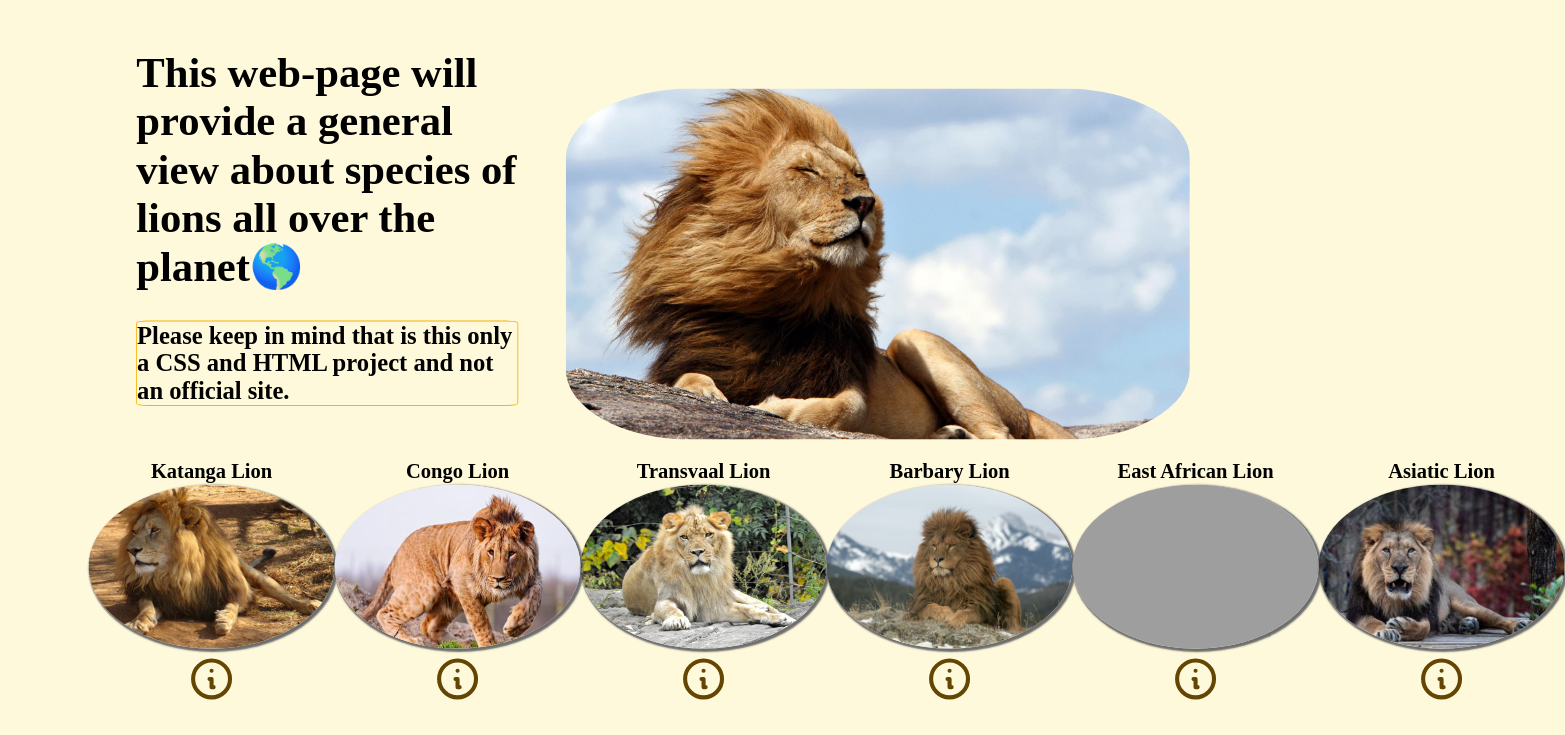
Repository: GeorgeManias/lions_project
Page: index.html
An editor plug-in stored every save of this project. The page is shown before and after the next save, followed by the edit.
The browser window is 1280 px wide. The page is 1908 px wide, then 1858 px, so the pictures cover 1908 px, including what lies to the right of the window. The pictures show the whole page, at 82% of full size.
Pictures or frames that could not be fetched are drawn as grey boxes.

Above is the page before, as saved 2021-11-04 19:58:44.

After the next save:
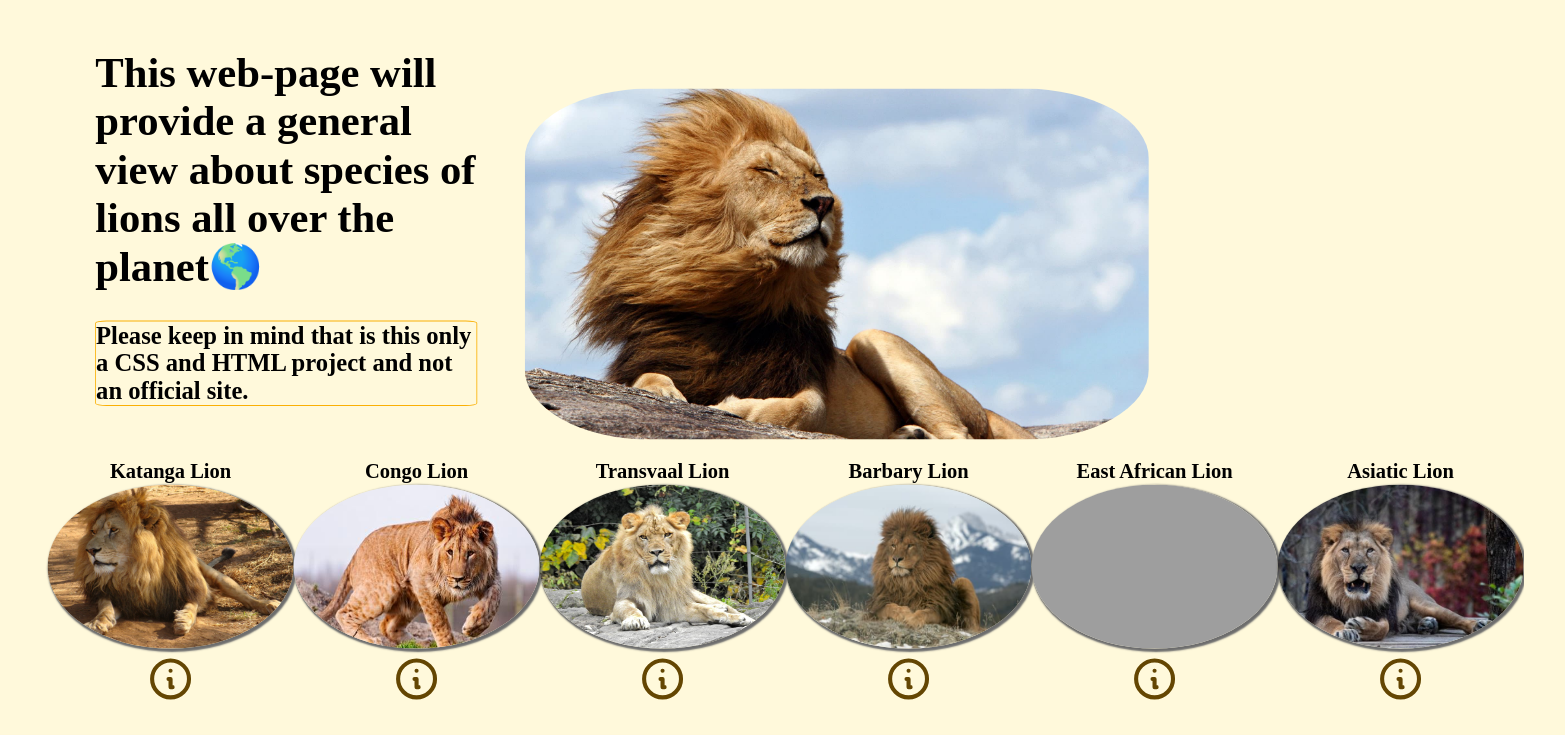
Saved 44 s later.
--- a/index.css
+++ b/index.css
@@ -71,7 +71,8 @@ body {
 }
 
 .hero_section {
-  padding-left: 10rem;
+  padding-left: 5rem;
+  padding-right: 5rem;
 }
 
 header {
